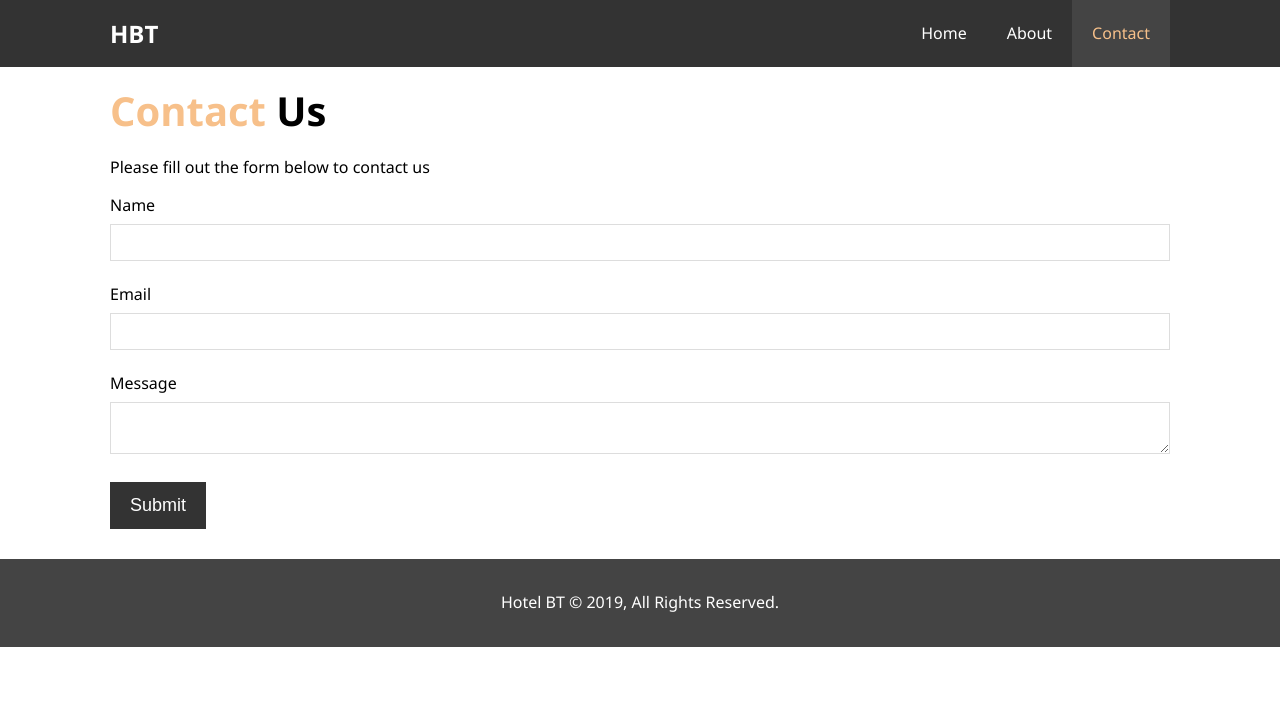
Repository: minhtien9/hotel-website
Page: contact.html
These files come from the project's save history. The page is drawn as it stood at one moment and after a run of saves; the edit follows.
The browser window is 1280 px wide. The pictures show the whole page.

Above is the page before, as saved 2021-08-14 18:57:02.

After the next 2 saves:
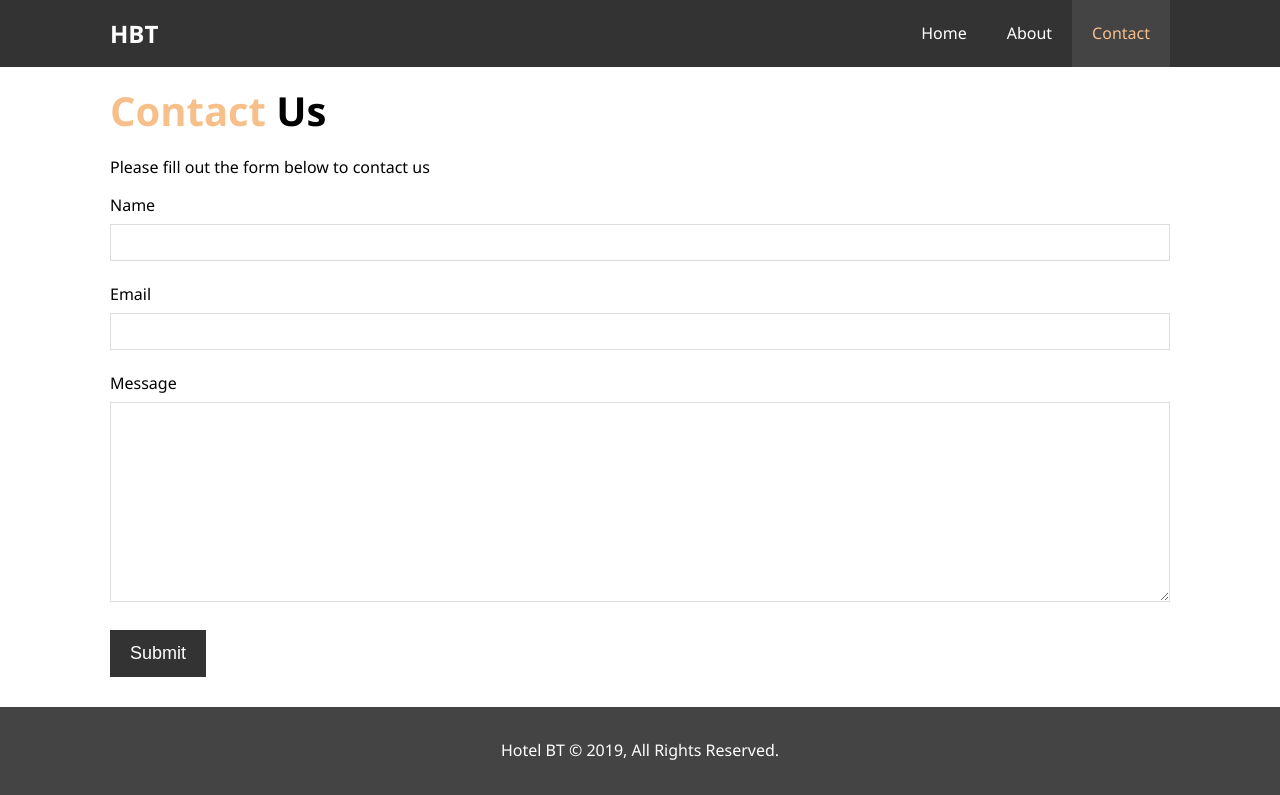
The 2 saves are shown as one change because they came seconds apart.
The last was saved 18 s later.
--- a/css/style.css
+++ b/css/style.css
@@ -280,6 +280,10 @@ p {
     border: 1px #ddd solid;
 }
 
+#contact-form textarea {
+    height: 200px;
+}
+
 
 /* Footer */
 
